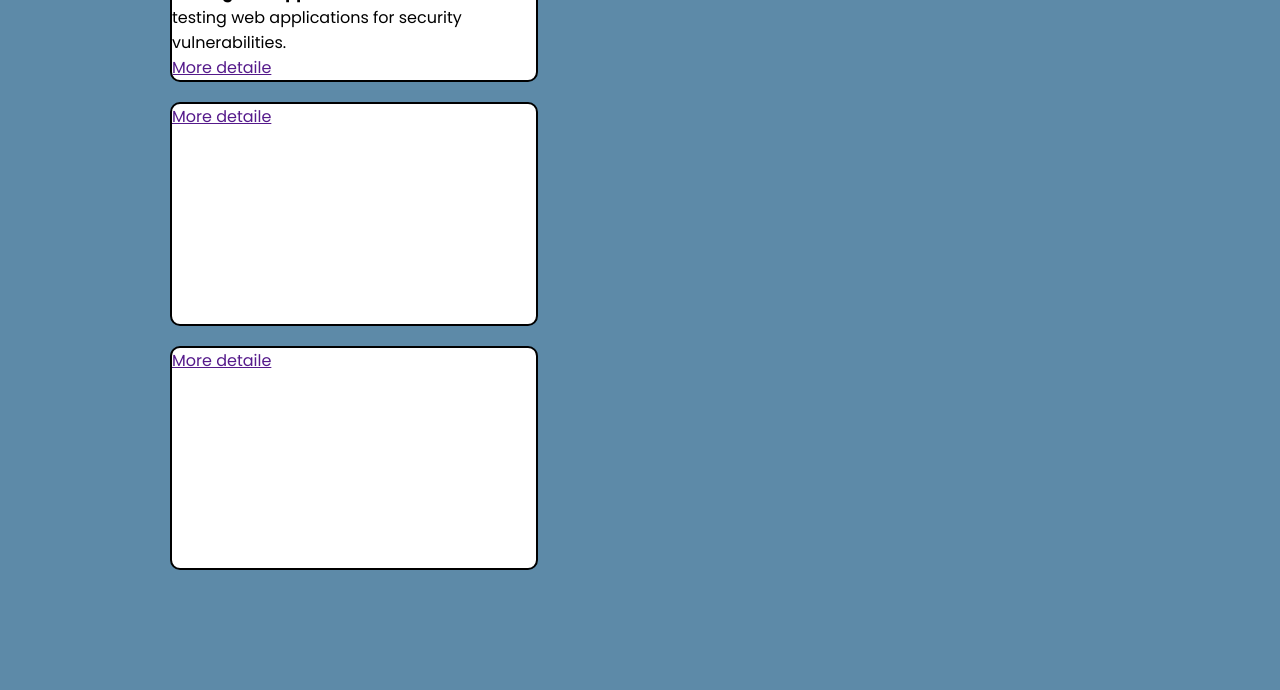
Repository: mohamed-makrani/Portfolio
Page: indixe.html
The author's editor kept a copy of each file at every save. The page is drawn from the files as they stood at one save, then again after the next save.
The browser window is 1280 px wide. The pictures show the part of the page from y = 2189 to 2879 px (the page is 2879 px tall before and 2815 px after).
A picture or video elsewhere on the page could not be fetched, so the positions and the page height are approximate. Backgrounds fixed to the window are drawn as part of the page.

Above is the page before, as saved 2023-09-17 11:56:57.

### indixe.html
<!DOCTYPE html>
<html lang="en">
<head>
    <meta charset="UTF-8">
    <meta name="descreption" content="makrani-mohamed/portfilio"/>
    <title>Mohamed-makrani</title>
    <link rel="stylesheet" href="https://cdnjs.cloudflare.com/ajax/libs/font-awesome/6.4.2/css/all.min.css"/>
    <link  rel="stylesheet" href="style.css" />
</head>
<body>
    <header>
        <a class="logo" href="#logo" >Mohamed-makrani</a>
        <nav class="navigation">
            <a href="#services" >services</a>
            <a href="#projects" > projects</a>
            <a href="#"> contact </a>

        </nav>
    </header>
    <section class="main" id="logo">
        <div>
            <h6>Hello, I'm mohamed </h6>
            <h1>Web developer</h1>
            <h4>Width defines web's rhythm</h4>
        <a href="#" class="main-button">view my work</a>
        <div class="social-media">
            <a href="#" ><i class="fa-brands fa-github"></i></a>
            <a href="#" ><i class="fa-brands fa-linkedin"></i></a>
            <a href="#"><i class="fa-brands fa-instagram"></i></a>
            <a href="#"><i class="fa-brands fa-facebook"></i></a>
        </div>
        </div>
    </section>

    <section class="cards" id="services" >
        <h2 class="title">Services</h2>
        <div class="content" >
            <div class="card">
                <div class="icon"><i class="fa-solid fa-shield-halved"></i></div>
                <div class="info">
                    <h2>Web app testing</h2>
                    <p>Effective web application testing is crucial to delivering a high-quality product to users and maintaining its reliability over time.</p>
                </div>
            </div>
            <div class="card">
                <div class="icon"><i class="fa-solid fa-database"></i></div>
                <div class="info">
                    <h2>Database management</h2>
                    <p>the process of designing, implementing, maintaining, and optimizing databases to efficiently and securely store, retrieve, and manage data.</p>
                </div>
            </div>
            <div class="card">
                <div class="icon"><i class="fa-solid fa-code"></i></div>
                <div class="info">
                    <h2>Web app developer</h2>
                    <p> designing, creating, and maintaining web applications.</p>
                </div>

            </div>

        </div>
    </section>
        <section class="Projects" id="projects">
            <h2 class="projec-title">Projects</h2>
            <div class="project-content">
                <div class="project-card">
                    <div class="image">
                        <img src="test-web-application.jpg" />
                    </div>
                    <div class="project-info">
                        <strong class="project-title"><span>Testing web applications</span>

                        </strong>
                        <p> testing web applications for security vulnerabilities. </p>
                        <a href="" class="detaile" >More detaile</a>
                    </div>
                </div>
                <div class="project-card">
                    <div class="image">


                    </div>
                    <div class="project-info">
                        <strong class="project-title"><span></span></strong>
                        <a href="" class="detaile">More detaile</a>
                        <p></p>

                    </div>

                </div>
                <div class="project-card">
                    <div class="image">

                    </div>
                    <div class="project-info">
                        <strong class="project-title"><span></span></strong>
                        <a href="" class="detaile">More detaile</a>
                        <p></p>
                    </div>




                </div>


            </div>



        </section>








</body>
</html>

### style.css
@import url('https://fonts.googleapis.com/css2?family=Poppins:ital,wght@0,200;0,300;0,400;0,500;0,600;0,700;0,800;0,900;1,100;1,200;1,300;1,400;1,500;1,600;1,700;1,800;1,900&display=swap');

*{

    font-family: 'Poppins', sans-serif;
    margin: 0;
    padding: 0;
    box-sizing: border-box;
    scroll-behavior: smooth;
}
 header{

    background-color: #f5f5f5;
    width: 100%;
    position: fixed;
    display: flex;
    z-index: 999;
    justify-content: space-between;
    align-items: center;
    padding: 10px 200px;

 }
 .logo {
    /* default is 16 px */

    text-decoration: none;
    font-size: 16px;
    color: #126180;
    text-transform: uppercase;
    font-weight: 700;
 }
 .navigation a{
    color: #126180;
    font-size: 15px;
    font-weight: 600px;
    text-decoration: none;
    padding-left:  30px;

 }
.navigation a:hover {

color: rgb(83, 15, 146);
}
 section {

   padding: 100px 150px;
 }
 .main{

   width: 100%;
   min-height: 100vh;
   display: flex;
   align-items: center;
   background:url(backround.jpg) no-repeat;
   background-size: cover;
   background-position:center ;
   background-attachment: fixed;

 }
 .main h6 {

   color: white;
   font-weight:500px ;
   font-size: 0.9em;


 }

 .main h1 {

   color:#5d8aa8 ;
   font-size: 2.4em;
   font-weight: 500px;
   margin-top: 6px;
 }
 .main h4 {

   color: white;
   font-size: 1em;
   font-weight: 500px;
   margin-top: 6px;
   margin-bottom: 20px;
   letter-spacing:1px;
 }
.main-button {

color : white;
text-decoration: none;
background-color: #92a1cf;
letter-spacing : 1px;
font-size: 1em;
font-weight: 600px;
display: inline-block;
padding: 0.935em 2.187em;
border-radius: 12px;
margin-bottom: 20px;
transition: 0.7s ease;

}
.main-button :hover{
   background-color:#545aa7;
   transform: scale(1.1);
}
.social-media a{

   color: white;
   font-size: 22px;
   padding-left: 18px;

}

.title {

   display: flex;
   justify-content: center;
   color:#126180;
   font-size:1.8em ;
   font-weight: 700px;
   margin-bottom: 40px;
}
.content{
   display: flex;
   justify-content: center;
   flex-direction: row;
   flex-wrap: wrap;
}
.card {
   background-color:#f5f5f5;
   width:21.25em;
   box-shadow: 0 5px 25px rgba(1 1 1 /15%);
    border-radius: 10px;
    padding: 25px;
    margin: 15px;
    transition: 0.4s ease;
}
.card:hover {
   transform: scale(1.1);
}
.icon {
   color: #4682b4;
   text-align: center;
   font-size: 5em;
}
.info h2 {

   color:#4682b4 ;
   text-align: center;
   font-size:1.1em;
   font-weight: 700px;
   margin:10px ;

}
.info p {

   text-align: center;
   font-size:1.1em ;
   font-weight:500px ;
   color :rgb(39, 37, 37);


}
.Projects{
   background-color: #5d8aa8;
}
.projec-title{

   display: flex;
   justify-content: center;
   color: white;
   font-size:1.8em ;
   font-weight:700 ;
   margin-bottom: 40px;

}
/*.project-content{

   display: flex;
   justify-content: center;
   flex-direction: row;
   flex-wrap: wrap;
}*/

 .projects.project-content{
   margin-top: 30px;
 }
.project-card{

   background-color: white;
   border: 2px solid black;
   min-height: 14em;
   width: 23em;
   overflow: hidden;
   border-radius: 10px;
   margin: 20px;
   transition: 0.5s ease;
}

.project-card:hover{
   transform: scale(1.1);
}
image img {
   width: 100%;
}

After the next save:
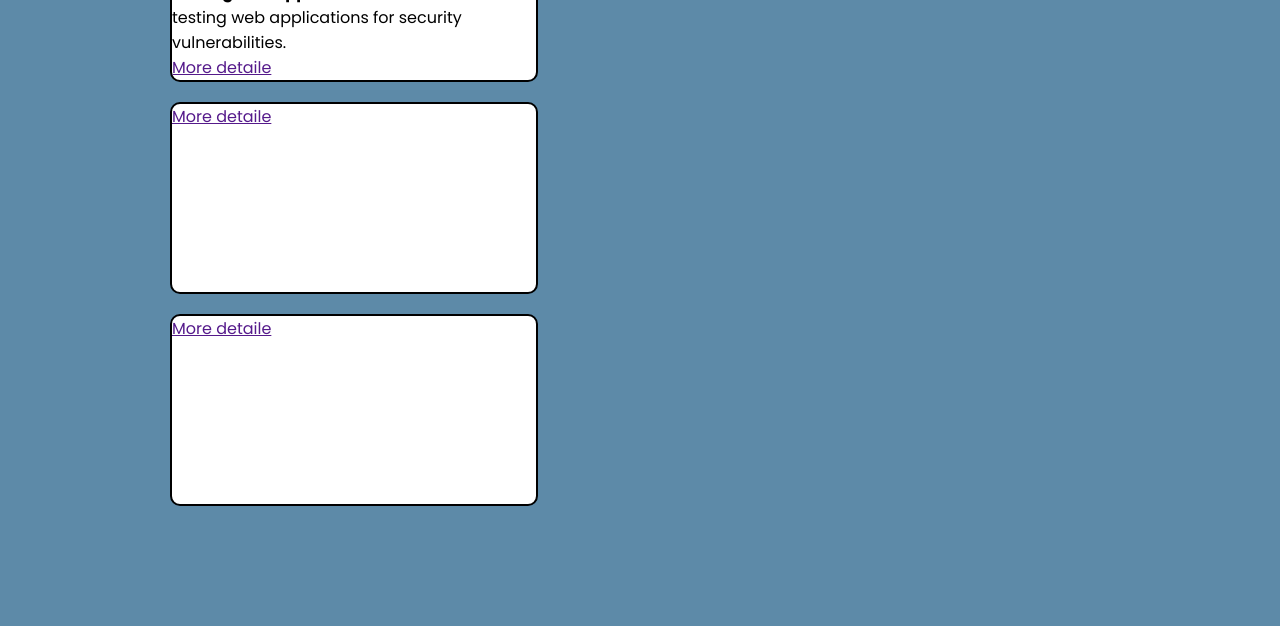
Saved 28 s later.
--- a/style.css
+++ b/style.css
@@ -187,7 +187,7 @@ transition: 0.7s ease;
 
    background-color: white;
    border: 2px solid black;
-   min-height: 14em;
+   min-height: 12em;
    width: 23em;
    overflow: hidden;
    border-radius: 10px;
